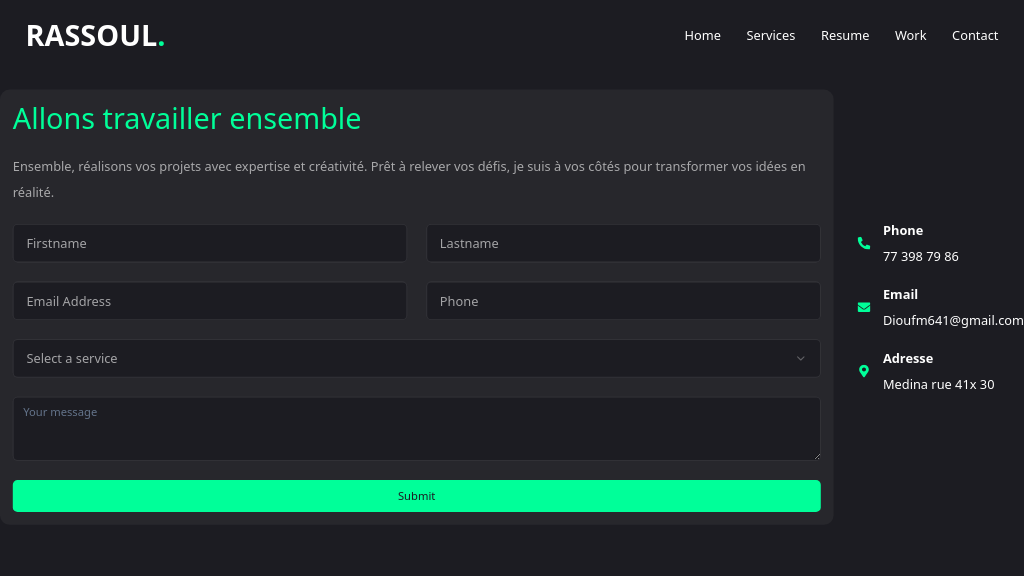
Repository: MDiouf9/portfolio2
Page: /contact
These files come from the project's save history. The page is drawn as it stood at one moment and after a run of saves; the edit follows.
The browser window is 1280 px wide. The pictures show the whole page, at 80% of full size.
The project was rebuilt for these pictures with package versions that can differ from the ones it lists, and the page was loaded fresh each time. The framework's server and built-in components were replaced by stand-ins that run in the browser. Also part of the build but not shown: next.config.mjs.

Above is the page before, as saved 2024-10-16 00:02:10.

### src/app/contact/page.tsx
"use client"
import { Button } from '@/components/ui/button';
import { Input } from '@/components/ui/input';
import { Textarea } from '@/components/ui/textarea';
import {
  Select,
  SelectContent,
  SelectGroup,
  SelectItem,
  SelectLabel,
  SelectTrigger,
  SelectValue
} from '@/components/ui/select';
import { FaPhoneAlt, FaEnvelope, FaMapMarkerAlt } from 'react-icons/fa';
import { motion } from 'framer-motion';

const info = [
  {
    icon: <FaPhoneAlt />,
    title: 'Phone',
    description: '77 398 79 86'
  },
  {
    icon: <FaEnvelope />,
    title: 'Email',
    description: 'Dioufm641@gmail.com'
  },
  {
    icon: <FaMapMarkerAlt />,
    title: 'Adresse',
    description: 'Medina rue 41x 30'
  }
];

const Contact = () => {
  return (
    <motion.section
      initial={{ opacity: 0 }}
      animate={{
        opacity: 1,
        transition: { delay: 2.4, duration: 0.4, ease: 'easeIn' },
      }}
      className="py-6"
    >
      <div className="w-full">
        <div className="flex flex-col   xl:flex-row gap-[30px]">
          {/* Formulaire de contact */}
          <div className="  xl:h-[54%] order-2  xl:order-none ">
            <form className="flex flex-col w gap-6 p-4 bg-[#27272c] rounded-xl ">
              <h3 className="text-4xl text-accent"> Allons travailler ensemble</h3>
              <p className="text-white/60">


Ensemble, réalisons vos projets avec expertise et créativité. Prêt à relever vos défis, je suis à vos côtés pour transformer vos idées en réalité.
              </p>
              <div className="grid grid-cols-1 md:grid-cols-2 gap-6">
                <Input type="text" placeholder="Firstname" />
                <Input type="text" placeholder="Lastname" />
                <Input type="email" placeholder="Email Address" />
                <Input type="tel" placeholder="Phone" />
              </div>
              <Select>
                <SelectTrigger className="w-full">
                  <SelectValue placeholder="Select a service" />
                </SelectTrigger>
                <SelectContent>
                  <SelectGroup>
                    <SelectLabel>Select a service</SelectLabel>
                    <SelectItem value="est">Web Development</SelectItem>
                    <SelectItem value="cst">Mobile Development</SelectItem>
                  </SelectGroup>
                </SelectContent>
              </Select>
              <Textarea className='h-[200px]:' placeholder="Your message" />
              <Button>Submit</Button>
            </form>
          </div>

          {/* Section avec les informations de contact */}
          <div className="flex-1 flex items-center xl:justify-end order-1 xl:order-none mb-8 xl:mb-0">
            <div className="space-y-4 text-white">
              {info.map((item, index) => (
                <div key={index} className="flex items-center space-x-4">
                  <div className="text-accent">{item.icon}</div>
                  <div>
                    <h4 className="font-bold">{item.title}</h4>
                    <p>{item.description}</p>
                  </div>
                </div>
              ))}
            </div>
          </div>
        </div>
      </div>
    </motion.section>
  );
};

export default Contact;

### src/components/Header.tsx
import Link from 'next/link';
import { Button } from './ui/button';
import React from 'react';
import Nav from './Nav';
import MobileNav from './MobileNav';

const Header = () => {
  return (
    <header className='bg-dark py-3 xl:py-6 text-white w-full'>
      {/* Wrapper pour le contenu du header */}
      <div className='flex items-center justify-between px-4 md:px-8'>
        {/* Logo */}
        <Link href="/">
          <h1 className='text-3xl md:text-4xl font-semibold'>
            RASSOUL<span className='text-accent'>.</span>
          </h1>
        </Link>

        {/* Menu de navigation pour les grands écrans */}
        <div className="hidden xl:flex items-center gap-8">
          <Nav />
          {/* <Link href="/Contact">
            <Button>Hire Me</Button>
          </Link> */}
        </div>

        {/* Menu mobile (uniquement visible sur petits écrans) */}
        <div className='xl:hidden'>
          <MobileNav />
        </div>
      </div>
    </header>
  );
};

export default Header;

### src/components/ui/button.tsx
import * as React from "react";
import { Slot } from "@radix-ui/react-slot";
import { cva, type VariantProps } from "class-variance-authority";

import { cn } from "@/lib/utils";

// Définit les variantes directement dans l'objet variants
const buttonVariants = cva(
  "inline-flex items-center justify-center whitespace-nowrap rounded-md text-sm font-medium ring-offset-white transition-colors focus-visible:outline-none focus-visible:ring-2 focus-visible:ring-slate-950 focus-visible:ring-offset-2 disabled:pointer-events-none disabled:opacity-50 dark:ring-offset-slate-950 dark:focus-visible:ring-slate-300",
  {
    variants: {
      variant: {
        default: "bg-accent text-primary hover:bg-accent-hover",
        outline: "border border-slate-300 text-slate-700 hover:bg-accent-hover",
      },
      size: {
        default: "h-10 px-4 py-2",
        sm: "h-9 rounded-md px-3",
        lg: "h-11 rounded-md px-8",
        icon: "h-10 w-10",
      },
    },
    defaultVariants: {
      variant: "default",
      size: "default",
    },
  }
);

// Interface ButtonProps
export interface ButtonProps
  extends React.ButtonHTMLAttributes<HTMLButtonElement>,
    VariantProps<typeof buttonVariants> {
  asChild?: boolean;
}

const Button = React.forwardRef<HTMLButtonElement, ButtonProps>(
  ({ className, variant, size, asChild = false, ...props }, ref) => {
    const Comp = asChild ? Slot : "button";
    return (
      <Comp
        className={cn(buttonVariants({ variant, size, className }))}
        ref={ref}
        {...props}
      />
    );
  }
);
Button.displayName = "Button";

export { Button, buttonVariants };

### src/components/ui/input.tsx
import * as React from "react"

import { cn } from "@/lib/utils"

export interface InputProps
  extends React.InputHTMLAttributes<HTMLInputElement> {}

const Input = React.forwardRef<HTMLInputElement, InputProps>(
  ({ className, type, ...props }, ref) => {
    return (
      <input
        type={type}
        className={cn( 'flex h-[48px] rounded-md border border-white/10 focus:border-accent font-light bg-primary px-4 py-5  text-base placeholder:text-white/60 outline-none',

          className
        )}
        ref={ref}
        {...props}
      />
    )
  }
)
Input.displayName = "Input"

export { Input }

### src/components/ui/textarea.tsx
import * as React from "react"

import { cn } from "@/lib/utils"

export interface TextareaProps
  extends React.TextareaHTMLAttributes<HTMLTextAreaElement> {}

const Textarea = React.forwardRef<HTMLTextAreaElement, TextareaProps>(
  ({ className, ...props }, ref) => {
    return (
      <textarea
        className={cn(
          "flex min-h-[80px] w-full rounded-md border border-white/10 bg-primary px-3 py-2 text-sm ring-offset-white placeholder:text-slate-500 focus-visible:outline-none focus-visible:ring-2 focus-visible:ring-accent focus-visible:ring-offset-2 disabled:cursor-not-allowed disabled:opacity-50 dark:border-slate-800 dark:bg-slate-950 dark:ring-offset-slate-950 dark:placeholder:text-slate-400 dark:focus-visible:ring-slate-300",
          className
        )}
        ref={ref}
        {...props}
      />
    )
  }
)
Textarea.displayName = "Textarea"

export { Textarea }

### src/components/ui/select.tsx
"use client"

import * as React from "react"
import * as SelectPrimitive from "@radix-ui/react-select"
import { Check, ChevronDown, ChevronUp } from "lucide-react"

import { cn } from "@/lib/utils"

const Select = SelectPrimitive.Root

const SelectGroup = SelectPrimitive.Group

const SelectValue = SelectPrimitive.Value

const SelectTrigger = React.forwardRef<
  React.ElementRef<typeof SelectPrimitive.Trigger>,
  React.ComponentPropsWithoutRef<typeof SelectPrimitive.Trigger>
>(({ className, children, ...props }, ref) => (
  <SelectPrimitive.Trigger
    ref={ref}
    className={cn(
      "flex h-[48px] w-full items-center justify-between rounded-md border border-white/10 bg-primary px-4 py-5 text-base text-white/60 placeholder:text-white/10 focus:outline-none focus:ring-2 focus:border-accent outline-none",
      className
    )}
    {...props}
  >
    {children}
    <SelectPrimitive.Icon asChild>
      <ChevronDown className="h-4 w-4 opacity-50" />
    </SelectPrimitive.Icon>
  </SelectPrimitive.Trigger>
))
SelectTrigger.displayName = SelectPrimitive.Trigger.displayName

const SelectScrollUpButton = React.forwardRef<
  React.ElementRef<typeof SelectPrimitive.ScrollUpButton>,
  React.ComponentPropsWithoutRef<typeof SelectPrimitive.ScrollUpButton>
>(({ className, ...props }, ref) => (
  <SelectPrimitive.ScrollUpButton
    ref={ref}
    className={cn(
      "flex cursor-default items-center justify-center py-1",
      className
    )}
    {...props}
  >
    <ChevronUp className="h-4 w-4" />
  </SelectPrimitive.ScrollUpButton>
))
SelectScrollUpButton.displayName = SelectPrimitive.ScrollUpButton.displayName

const SelectScrollDownButton = React.forwardRef<
  React.ElementRef<typeof SelectPrimitive.ScrollDownButton>,
  React.ComponentPropsWithoutRef<typeof SelectPrimitive.ScrollDownButton>
>(({ className, ...props }, ref) => (
  <SelectPrimitive.ScrollDownButton
    ref={ref}
    className={cn(
      "flex cursor-default items-center justify-center py-1",
      className
    )}
    {...props}
  >
    <ChevronDown className="h-4 w-4" />
  </SelectPrimitive.ScrollDownButton>
))
SelectScrollDownButton.displayName =
  SelectPrimitive.ScrollDownButton.displayName

const SelectContent = React.forwardRef<
  React.ElementRef<typeof SelectPrimitive.Content>,
  React.ComponentPropsWithoutRef<typeof SelectPrimitive.Content>
>(({ className, children, position = "popper", ...props }, ref) => (
  <SelectPrimitive.Portal>
    <SelectPrimitive.Content
      ref={ref}
      className={cn(
        "relative z-50 max-h-96 min-w-[8rem] overflow-hidden rounded-md border border-accent bg-primary text-white/60 shadow-md data-[state=open]:animate-in data-[state=closed]:animate-out data-[state=closed]:fade-out-0 data-[state=open]:fade-in-0 data-[state=closed]:zoom-out-95 data-[state=open]:zoom-in-95 data-[side=bottom]:slide-in-from-top-2 data-[side=left]:slide-in-from-right-2 data-[side=right]:slide-in-from-left-2 data-[side=top]:slide-in-from-bottom-2 dark:border-slate-800 dark:bg-slate-950 dark:text-slate-50",
        position === "popper" &&
          "data-[side=bottom]:translate-y-1 data-[side=left]:-translate-x-1 data-[side=right]:translate-x-1 data-[side=top]:-translate-y-1",
        className
      )}
      position={position}
      {...props}
    >
      <SelectScrollUpButton />
      <SelectPrimitive.Viewport
        className={cn(
          "p-1",
          position === "popper" &&
            "h-[var(--radix-select-trigger-height)] w-full min-w-[var(--radix-select-trigger-width)]"
        )}
      >
        {children}
      </SelectPrimitive.Viewport>
      <SelectScrollDownButton />
    </SelectPrimitive.Content>
  </SelectPrimitive.Portal>
))
SelectContent.displayName = SelectPrimitive.Content.displayName

const SelectLabel = React.forwardRef<
  React.ElementRef<typeof SelectPrimitive.Label>,
  React.ComponentPropsWithoutRef<typeof SelectPrimitive.Label>
>(({ className, ...props }, ref) => (
  <SelectPrimitive.Label
    ref={ref}
    className={cn("py-1.5 pl-8 pr-2 text-sm font-semibold", className)}
    {...props}
  />
))
SelectLabel.displayName = SelectPrimitive.Label.displayName

const SelectItem = React.forwardRef<
  React.ElementRef<typeof SelectPrimitive.Item>,
  React.ComponentPropsWithoutRef<typeof SelectPrimitive.Item>
>(({ className, children, ...props }, ref) => (
  <SelectPrimitive.Item
    ref={ref}
    className={cn(
      "relative flex w-full cursor-default select-none items-center rounded-sm py-1.5 pl-8 pr-2 text-sm outline-none focus:bg-accent focus:text-slate-900 data-[disabled]:pointer-events-none data-[disabled]:opacity-50 dark:focus:bg-slate-800 dark:focus:text-accent",
      className
    )}
    {...props}
  >
    <span className="absolute left-2 flex h-3.5 w-3.5 items-center justify-center">
      <SelectPrimitive.ItemIndicator>
        <Check className="h-4 w-4" />
      </SelectPrimitive.ItemIndicator>
    </span>

    <SelectPrimitive.ItemText>{children}</SelectPrimitive.ItemText>
  </SelectPrimitive.Item>
))
SelectItem.displayName = SelectPrimitive.Item.displayName

const SelectSeparator = React.forwardRef<
  React.ElementRef<typeof SelectPrimitive.Separator>,
  React.ComponentPropsWithoutRef<typeof SelectPrimitive.Separator>
>(({ className, ...props }, ref) => (
  <SelectPrimitive.Separator
    ref={ref}
    className={cn("-mx-1 my-1 h-px bg-slate-100 dark:bg-slate-800", className)}
    {...props}
  />
))
SelectSeparator.displayName = SelectPrimitive.Separator.displayName

export {
  Select,
  SelectGroup,
  SelectValue,
  SelectTrigger,
  SelectContent,
  SelectLabel,
  SelectItem,
  SelectSeparator,
  SelectScrollUpButton,
  SelectScrollDownButton,
}

### src/components/Nav.tsx
"use client"
import React from 'react'
import Link from 'next/link'
import { usePathname } from 'next/navigation'



const links =[
        {
            name: "Home",
            path: "/",
        },
        {
            name: "Services",
            path: "/Services",
        },
        {
            name: "Resume",
            path: "/Resume",
        },
        {
            name: "work",
            path: "/Work",
        },
        {
            name: "Contact",
            path: "/Contact",
        },
    ]
 const Nav = () => {
  const  pathname = usePathname();
  return (
    <nav className=' flex gap-8'>
        {links.map((link,index) => {
            return (
                <Link href={link.path} key={index} className={`${link.path === pathname && "text-accent border-b-2 border-accent"} capitalize font-medium hover:text-accent transition-all`}>
                    {link.name}
                </Link>
            );
        })}

    </nav>
  );
}
export default Nav

### src/components/MobileNav.tsx
"use client";
import React from 'react'
import {Sheet ,  SheetContent, SheetTrigger, } from '@/components/ui/sheet'
import { usePathname } from 'next/navigation';
import Link from 'next/link';
import {CiMenuFries} from "react-icons/ci"

const links =[
  {
    name: "Home",
    path: "/",
},
{
    name: "Services",
    path: "/Services",
},
{
    name: "Resume",
    path: "/Resume",
},
{
    name: "work",
    path: "/Work",
},
{
    name: "Contact",
    path: "/Contact",
},
]

const MobileNav = () => {
  const pathname = usePathname();
  return (
    <Sheet>
<SheetTrigger className='flex justify-center items-center'>
  <CiMenuFries  className=' text-[32px] text-accent'/>
</SheetTrigger>
<SheetContent  className='flex flex-col'>

     <div className=' mt-32 mb-40 text-center txt-2xl'>
     <h1> MOUHAMED<span className='text-accent'>.</span> <em className='text-accent'>DIOUF</em></h1>

     </div>
     <nav className='flex flex-col justify-center items-center gap-8'>
{links.map((link,index)=>{
  return (
    <Link href={link.path} key={index} className={`${link.path === pathname && "text-accent border-b-2 border-accent"} capitalize font-medium hover:text-accent transition-all`}>
      {link.name}


    </Link>
  )
})

}
     </nav>
     </SheetContent>
    </Sheet>
  )
}

export default MobileNav

### src/components/ui/sheet.tsx
"use client"

import * as React from "react"
import * as SheetPrimitive from "@radix-ui/react-dialog"
import { cva, type VariantProps } from "class-variance-authority"
import {IoMdClose} from 'react-icons/io'

import { cn } from "@/lib/utils"

const Sheet = SheetPrimitive.Root

const SheetTrigger = SheetPrimitive.Trigger

const SheetClose = SheetPrimitive.Close

const SheetPortal = SheetPrimitive.Portal

const SheetOverlay = React.forwardRef<
  React.ElementRef<typeof SheetPrimitive.Overlay>,
  React.ComponentPropsWithoutRef<typeof SheetPrimitive.Overlay>
>(({ className, ...props }, ref) => (
  <SheetPrimitive.Overlay
    className={cn(
      "fixed inset-0 z-50 bg-black/80  data-[state=open]:animate-in data-[state=closed]:animate-out data-[state=closed]:fade-out-0 data-[state=open]:fade-in-0",
      className
    )}
    {...props}
    ref={ref}
  />
))
SheetOverlay.displayName = SheetPrimitive.Overlay.displayName

const sheetVariants = cva(
  "fixed z-50 gap-4 bg-primary p-6 shadow-lg transition ease-in-out data-[state=open]:animate-in data-[state=closed]:animate-out data-[state=closed]:duration-300 data-[state=open]:duration-500 dark:bg-slate-950",
  {
    variants: {
      side: {
        top: "inset-x-0 top-0 border-b data-[state=closed]:slide-out-to-top data-[state=open]:slide-in-from-top",
        bottom:
          "inset-x-0 bottom-0 border-t data-[state=closed]:slide-out-to-bottom data-[state=open]:slide-in-from-bottom",
        left: "inset-y-0 left-0 h-full w-3/4  data-[state=closed]:slide-out-to-left data-[state=open]:slide-in-from-left sm:max-w-sm",
        right:
          "inset-y-0 right-0 h-full w-3/4   data-[state=closed]:slide-out-to-right data-[state=open]:slide-in-from-right sm:max-w-sm",
      },
    },
    defaultVariants: {
      side: "right",
    },
  }
)

interface SheetContentProps
  extends React.ComponentPropsWithoutRef<typeof SheetPrimitive.Content>,
    VariantProps<typeof sheetVariants> {}

const SheetContent = React.forwardRef<
  React.ElementRef<typeof SheetPrimitive.Content>,
  SheetContentProps
>(({ side = "right", className, children, ...props }, ref) => (
  <SheetPortal>
    <SheetOverlay />
    <SheetPrimitive.Content
      ref={ref}
      className={cn(sheetVariants({ side }), className)}
      {...props}
    >
      {children}
      <SheetPrimitive.Close className="absolute right-4 top-4 rounded-sm opacity-70 ring-offset-white transition-opacity hover:opacity-100 focus:outline-none focus:ring-2 focus:ring-slate-950 focus:ring-offset-2 disabled:pointer-events-none data-[state=open]:bg-slate-100 dark:ring-offset-slate-950 dark:focus:ring-slate-300 dark:data-[state=open]:bg-slate-800">
        <IoMdClose className="text-3xl text-accent" />
        <span className="sr-only">Close</span>
      </SheetPrimitive.Close>
    </SheetPrimitive.Content>
  </SheetPortal>
))
SheetContent.displayName = SheetPrimitive.Content.displayName

const SheetHeader = ({
  className,
  ...props
}: React.HTMLAttributes<HTMLDivElement>) => (
  <div
    className={cn(
      "flex flex-col space-y-2 text-center sm:text-left",
      className
    )}
    {...props}
  />
)
SheetHeader.displayName = "SheetHeader"

const SheetFooter = ({
  className,
  ...props
}: React.HTMLAttributes<HTMLDivElement>) => (
  <div
    className={cn(
      "flex flex-col-reverse sm:flex-row sm:justify-end sm:space-x-2",
      className
    )}
    {...props}
  />
)
SheetFooter.displayName = "SheetFooter"

const SheetTitle = React.forwardRef<
  React.ElementRef<typeof SheetPrimitive.Title>,
  React.ComponentPropsWithoutRef<typeof SheetPrimitive.Title>
>(({ className, ...props }, ref) => (
  <SheetPrimitive.Title
    ref={ref}
    className={cn("text-lg font-semibold text-slate-950 dark:text-slate-50", className)}
    {...props}
  />
))
SheetTitle.displayName = SheetPrimitive.Title.displayName

const SheetDescription = React.forwardRef<
  React.ElementRef<typeof SheetPrimitive.Description>,
  React.ComponentPropsWithoutRef<typeof SheetPrimitive.Description>
>(({ className, ...props }, ref) => (
  <SheetPrimitive.Description
    ref={ref}
    className={cn("text-sm text-slate-500 dark:text-slate-400", className)}
    {...props}
  />
))
SheetDescription.displayName = SheetPrimitive.Description.displayName

export {
  Sheet,
  SheetPortal,
  SheetOverlay,
  SheetTrigger,
  SheetClose,
  SheetContent,
  SheetHeader,
  SheetFooter,
  SheetTitle,
  SheetDescription,
}

Loaded but not shown: src/app/layout.tsx (common file); src/app/globals.css (common file); src/lib/utils.ts (common file); tailwind.config.ts (common file)

After the next 2 saves:
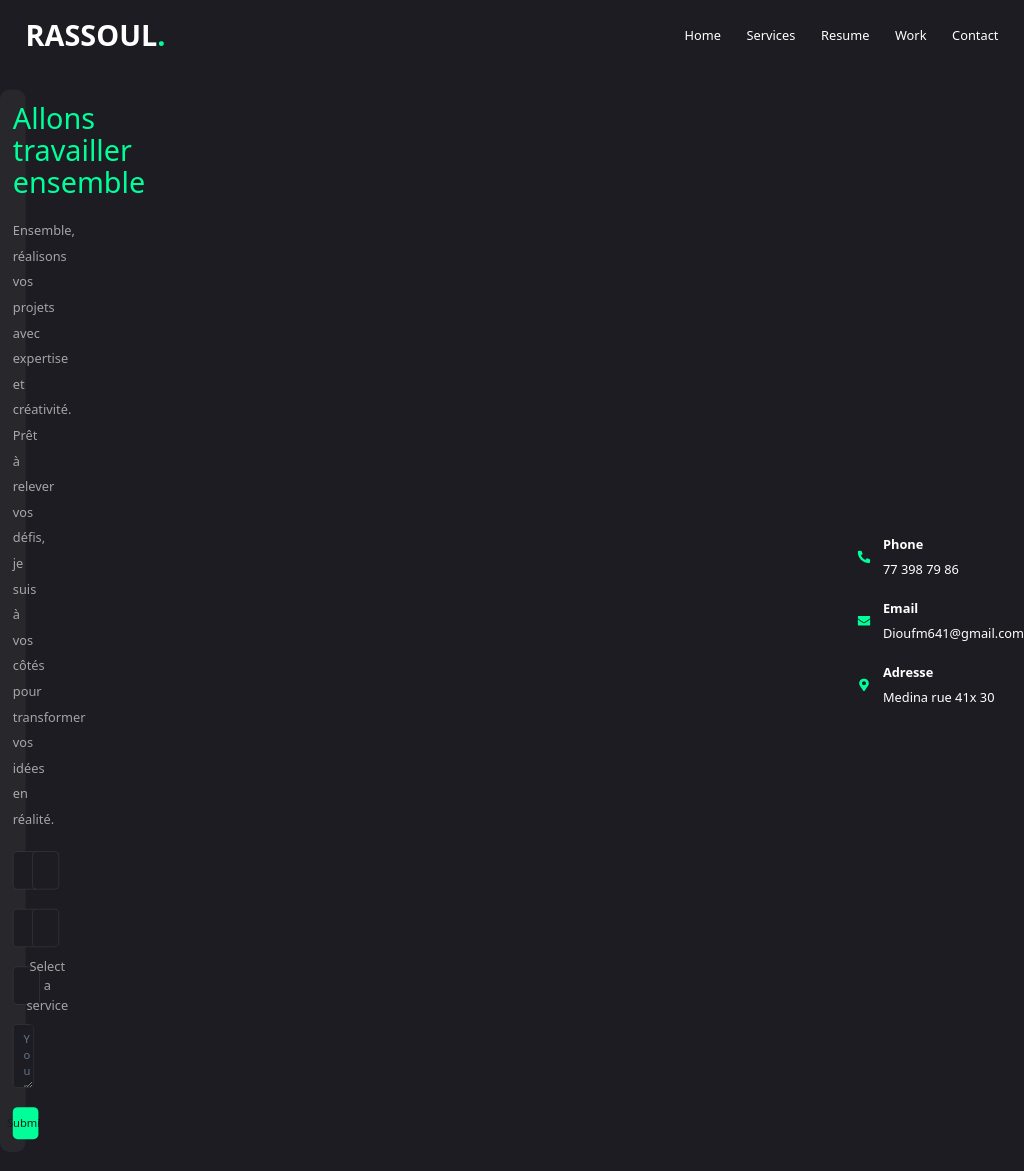
The 2 saves are shown as one change because they came seconds apart.
The last was saved 9 s later.
--- a/src/app/contact/page.tsx
+++ b/src/app/contact/page.tsx
@@ -46,7 +46,7 @@ const Contact = () => {
         <div className="flex flex-col   xl:flex-row gap-[30px]">
           {/* Formulaire de contact */}
           <div className="  xl:h-[54%] order-2  xl:order-none ">
-            <form className="flex flex-col w gap-6 p-4 bg-[#27272c] rounded-xl ">
+            <form className="flex flex-col w-1 gap-6 p-4 bg-[#27272c] rounded-xl ">
               <h3 className="text-4xl text-accent"> Allons travailler ensemble</h3>
               <p className="text-white/60">
 
